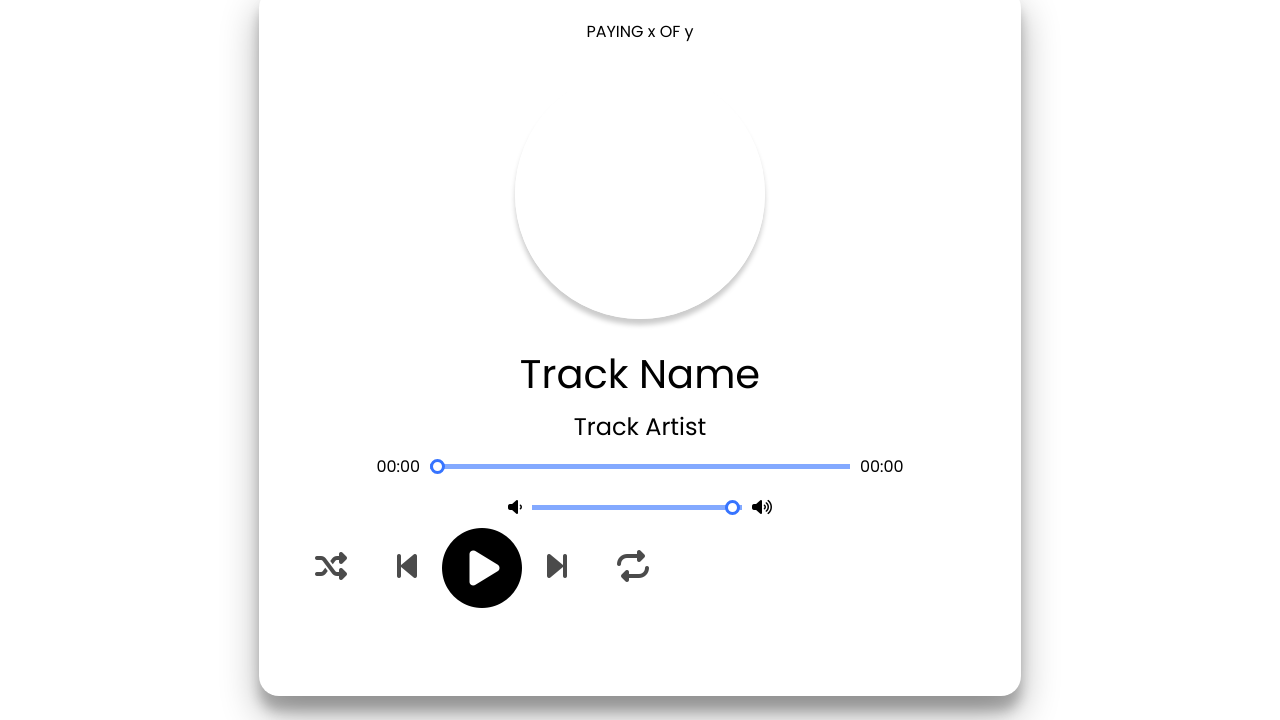
Repository: NguyenVietPhuQuy/Javascript-AudioPlayer
Page: index.html
The author's editor kept a copy of each file at every save. The page is drawn from the files as they stood at one save, then again after the next save.
The browser window is 1280 px wide. The pictures show the whole page.

Above is the page before, as saved 2022-11-09 09:41:03.
Console error: TypeError: Cannot read properties of null (reading 'style')

### index.html
<!DOCTYPE html>
<html lang="en">
<head>
    <meta charset="UTF-8">
    <meta http-equiv="X-UA-Compatible" content="IE=edge">
    <meta name="viewport" content="width=device-width, initial-scale=1.0">
    <title>Music Player</title>
    <!--Font-Awesome-->
    <link rel="stylesheet" href="https://cdnjs.cloudflare.com/ajax/libs/font-awesome/6.2.0/css/all.min.css">
    <!--Css-->
    <link rel="stylesheet" href="index.css">
</head>
<body>
    <div class="player">
        <div class="wrapper">
            <div class="details">
                <div class="now-playing">PAYING x OF y</div>
                <div class="track-art"></div>
                <div class="track-name">Track Name</div>
                <div class="track-artist">Track Artist</div>
            </div>

            <div class="slider_container">
                <div class="current-time">00:00</div>
                <input type="range" min="1" max="100" value="0"
                class="seek_slider" onchange="seekTo()">
                <div class="total-duration">00:00</div>
            </div>

            <div class="slider_container">
                <i class="fa fa-volume-down"></i>
                <input type="range" min="1" max="100" value="99"
                class="volume_slider" onchange="setVolume()">
                <i class="fa fa-volume-up"></i>
            </div>

            <div class="buttons">
                <div class="random-track">
                    <i class="fas fa-random fa-2x" title="random"
                    onclick="randomTrack()"></i>
                </div>

                <div class="prev-track">
                    <i class="fas fa-step-backward fa-2x"
                    onclick="prevTrack()"></i>
                </div>

                <div class="playePause-track">
                    <i class="fas fa-play-circle fa-5x"
                    onclick="playPauseTrack()"></i>
                </div>

                <div class="next-track">
                    <i class="fas fa-step-forward fa-2x"
                    onclick="nextTrack()"></i>
                </div>

                <div class="repeat-track">
                    <i class="fas fa-repeat fa-2x" title="repeat"
                    onclick="repeatTrack()"></i>
                </div>
            </div>

            <div id="wave">
                <span class="stroke"></span>
                <span class="stroke"></span>
                <span class="stroke"></span>
                <span class="stroke"></span>
                <span class="stroke"></span>
                <span class="stroke"></span>
                <span class="stroke"></span>
            </div>
        </div>
    </div>
    <!--Main-->
    <script src="index.js"></script>
</body>
</html>

### index.css
/*Font Google and base*/
@import url('https://fonts.googleapis.com/css2?family=Poppins&display=swap');
*{
    font-family: 'Poppins',sans-serif;
    box-sizing: border-box;
    margin: 0;
}
img{
    width: 100%;
}
/*Main*/
.player{
    height: 95vh;
    display: flex;
    align-items: center;
    flex-direction: column;
    justify-content: center;
}
.wrapper{
    border: 1px solid transparent;
    padding: 30px;
    border-radius: 20px;
    box-shadow: rgba(0, 0, 0, 0.3) 0 19px 38px, rgba(0, 0, 0, 0.22) 0 15px 12px
}
.details{
    display: flex;
    align-items: center;
    flex-direction: column;
    justify-content: center;
}
.track-art{
    margin: 25px;
    height: 250px;
    width: 250px;
    border: 2px solid #fff;
    background-size: cover;
    background-position: center;
    box-shadow: 0px 6px 5px #ccc;
    border-radius: 190px;
}
.now-playing {
    font-size: 1rem;
}
.track-name{
    font-size: 2.5rem;
}
.track-artist{
    margin-top: 5px;
    font-size: 1.5rem;
}
.buttons{
    display: flex;
    flex-direction: row;
    align-items: center;
    margin-bottom: 30px;
}
.active{
    color: black;
}
.repeat-track
,.random-track
,.playPause-track
,.prev-track
,.next-track{
    padding: 25px;
    opacity: 0.7;
    transition: opacity .2s;
}
.repeat-track:hover
,.random-track:hover
,.playPause-track:hover
,.prev-track:hover
,.next-track:hover{
    opacity: 1;
}
.slider_container{
    display: flex;
    justify-content: center;
    align-items: center;

}
.seek_slider,
.volume_slider{
    appearance: none;
    height: 5px;
    background-color: #83a9ff;
    transition: opacity .2s;
}
.seek_slider::-webkit-slider-thumb,
.volume_slider::-webkit-slider-thumb{
    appearance: none;
    width: 15px;
    height: 15px;
    background: white;
    border: 3px solid #3774ff;
    cursor: pointer;
    border-radius: 100%;
}
.seek_slider:hover,
.volume_slider:hover{
    opacity: 1;
}
.seek_slider{
    width: 60%;
}
.volume_slider{
    width: 30%;
}
.current-time,
.total-duration{
    padding: 10px;
}
i.fa-volume-down,
i.fa-volume-up{
    padding:10px ;
}
i,
i.fa-play-circle,
i.fa-pause-circle,
i.fa-step-forward,
i.fa-step-backward{
    cursor: pointer;
}
.randomActive{
    color: black;
}
.rotate{
    animation: rotation 8s infinite linear;
}
@keyframes rotation{
    from{
        transform: rotate(0deg);
    }
    to {
        transform: rotate(359deg);
    }
}
.loader{
    height: 70px;
    display: flex;
    justify-content: center;
    align-items: center;
}
.loader,.stroke{
    background: #f1f1f1;
    height: 150%;
    width: 10px;
    border-radius: 50px;
    margin: 0 50px;
    animation: animate 1.4s linear infinite;
}
@keyframes animate{
    50%{
        height: 20%;
        background: #4286f4;
    }
    100%{
        height: 100%;
    }
}
.stroke:nth-child(1){
    animation-delay: 0s;
}
.stroke:nth-child(2){
    animation-delay: 0.3s;
}
.stroke:nth-child(3){
    animation-delay: 0.6s;
}
.stroke:nth-child(4){
    animation-delay: 0.9s;
}
.stroke:nth-child(5){
    animation-delay: 0.6s;
}
.stroke:nth-child(6){
    animation-delay: 0.3s;
}
.stroke:nth-child(7){
    animation-delay: 0s;
}

### index.js
let now_playing = document.querySelector('.now-playing');
let track_art = document.querySelector('track-art');
let track_name = document.querySelector('.track_name');
let track_artist = document.querySelector('.track-artist');

let playPause_btn = document.querySelector('playPause-track');
let next_btn = document.querySelector('.next-track');
let prev_btn = document.querySelector('.prev_track');

let seek_slider = document.querySelector('.seek_slider');
let volume_slider = document.querySelector('.volume_slider');
let curr_time = document.querySelector('.current-time');
let total_duration = document.querySelector('.total-duration');
let wave = document.querySelector('wave');
let randomIcon = document.querySelector('.fa-random');
let curr_track = document.createElement('audio');

let track_index=0;
let isPlaying =false;
let isRandom =false;
let updateTimer;

const music_list = [
    {
        img: '/Images/QuaiVatTiHon.jpg',
        name: 'Vì Đời',
        artist: 'Qúai Vật Tí Hon',
        music: '/Music/QuaiVatTiHon/Vi-Doi-Quai-Vat-Ti-Hon.mp3'
    },
    {
        img: '/Images/Chilles.jpg',
        name: 'Gía Như',
        artist: 'Chilles',
        music: '/Music/Chilles/GiaNhu-Chillies-7016096.mp3'
    }

]
loadTrack(track_index);
function loadTrack(track_index){
    clearInterval(updateTimer);
    reset();

    curr_track.src = music_list[track_index].music;
    curr_track.load();
    track_art.style.backgroundImage ="url("+ music_list[track_index].img+")";
    track_name.textContent = music_list[track_index].name;
    track_artist.textContent = music_list[track_index].artist;
    now_playing.textContent = "playing music" + (track_index+1) + "of" + music_list.length;

    updateTimer = setInterval(setUpdate,1000);

    curr_track.addEventListener('ended',nextTrack);
    random_bg_color();
}

function random_bg_color(){
    let hex = ['0','1','2','3','4','5','6','7','8','9','a','b','c','d','e']
    let a;

    function populate(a){
        for(let i=0;i<6;i++){
            let x =math.round(Math.random()*14);
            let y = hex[x];
            a += y;
        }
        return a;
    }
    let Color1 = populate('#');
    let Color2 = populate('#');
    var angle = 'to right';
    let gradient = 'linear-gradient('+angle+','+ Color1+','+ Color2+')';
    document.body.style.background =gradient;
}

function reset(){
    curr_time.textContent = "00:00";
    total_duration.textContent ="00:00";
    seek_slider.value = 0;
}
function randomTrack(){
    isRandom ? pauseRandom ():playRandom();
}

function playRandom(){
    isRandom =true;
    randomIcon.classList.add('randomActive');
}
function pauseRandom(){
    isRandom =false;
    randomIcon.classList.remove('randomActive');
}
function repeatTrack(){
    let current_index = track_index;
    loadTrack(current_index);
    playTrack();
}
function playPauseTrack(){
    isPlaying ? pauseTrack() : playTrack();
}
function playTrack(){
    curr_track.play();
    isPlaying =true;
    track_art.classList.add('rotate');
    wave.classList.add('loader');
    playPauseTrack_btn.innerHTML = '<i class="fa fa-pause-circle fa-5x"></i>'
}

After the next save:
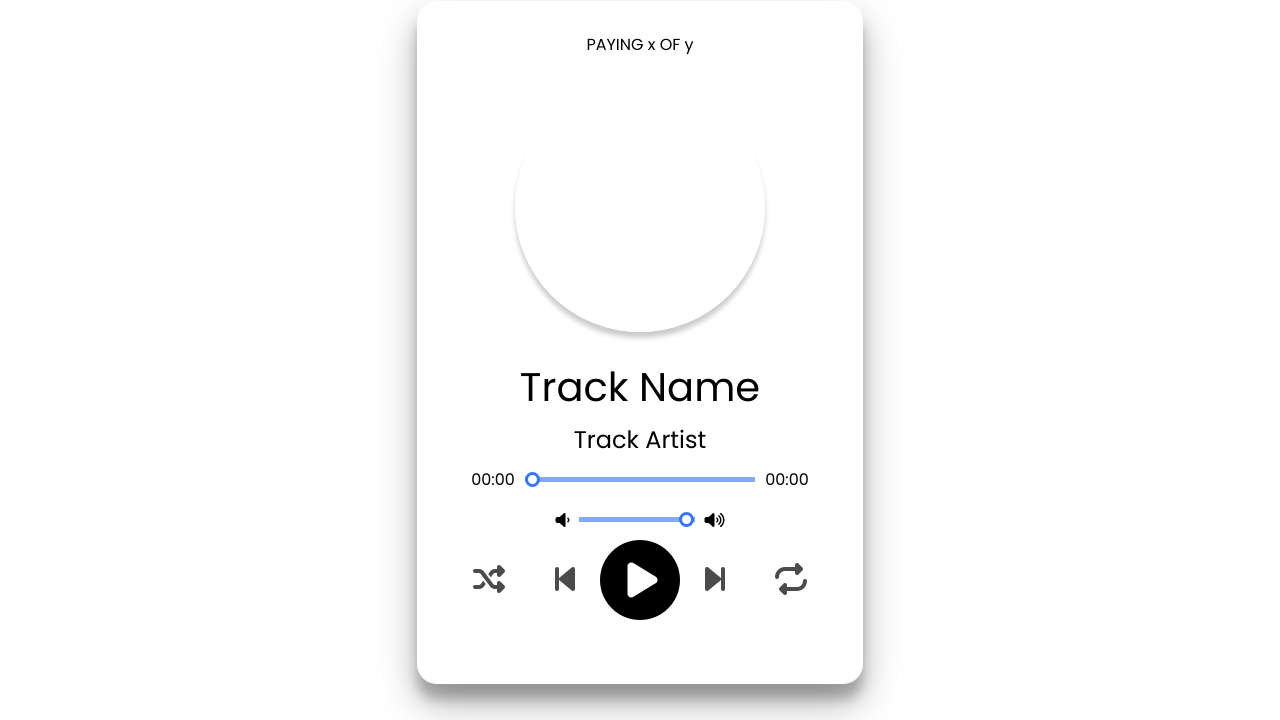
Saved 21 min 27 s later.
--- a/index.css
+++ b/index.css
@@ -141,7 +141,7 @@ i.fa-step-backward{
     justify-content: center;
     align-items: center;
 }
-.loader,.stroke{
+.loader .stroke{
     background: #f1f1f1;
     height: 150%;
     width: 10px;
